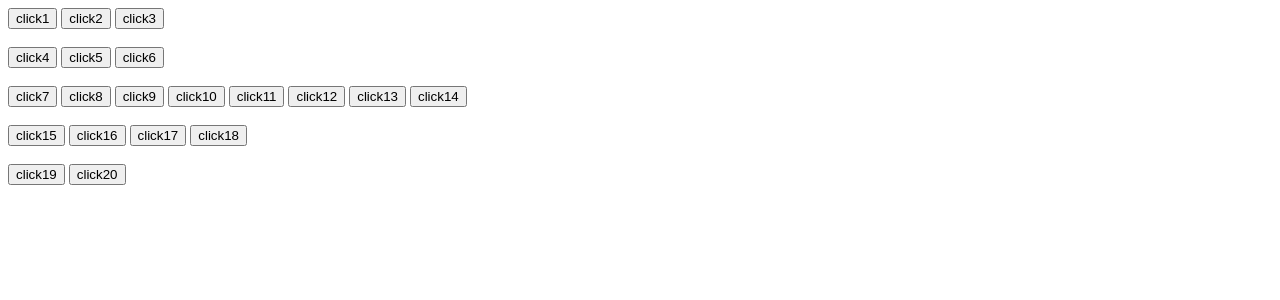
Repository: yhj4130/JsonStudy
Page: JsonApp01/WebContent/JsonTest10.html
The author's editor kept a copy of each file at every save. The page is drawn from the files as they stood at one save, then again after the next save.
The browser window is 1280 px wide. The pictures show the whole page.

Above is the page before, as saved 2019-05-31 07:06:32.

After the next save:
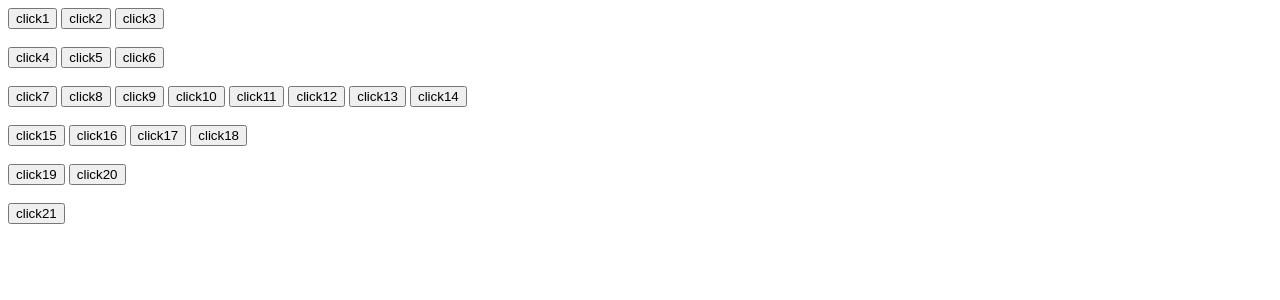
Saved 15 s later.
--- a/JsonApp01/WebContent/JsonTest10.html
+++ b/JsonApp01/WebContent/JsonTest10.html
@@ -75,4 +75,6 @@
 
 	<br><br>
 
+	<input type="button" value="click21" onclick="alert(obj6_2[3] + obj6_2[4])">
+
 </form>
